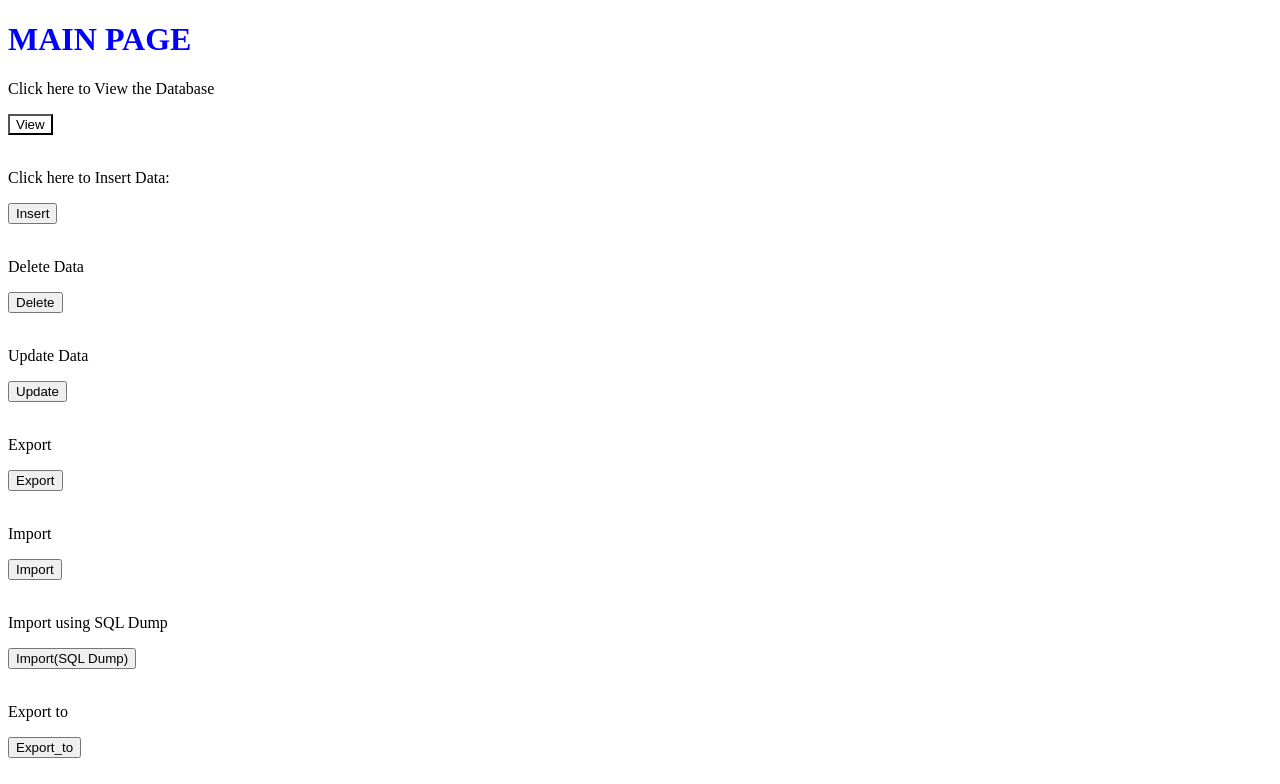
Repository: cyrusdwivedi2002/inventory-management-system
Page: DemoApp/src/main/webapp/Mainpage.html
The author's editor kept a copy of each file at every save. The page is drawn from the files as they stood at one save, then again after the next save.
The browser window is 1280 px wide. The pictures show the whole page.

Above is the page before, as saved 2022-06-24 18:02:08.

### DemoApp/src/main/webapp/Mainpage.html
<!DOCTYPE html>
<html>
<head>
<meta charset="ISO-8859-1">
<title>Inventory management System</title>
</head>
<body>
	<h1 style="color:blue;">MAIN PAGE</h1>
	<p> Click here to View the Database </p>
	<button type="button" form="form1"   onclick="window.location.href = 'view.html';" style = 'background-color:white'>View</button>
	<br/><br/>
	<p> Click here to Insert Data: </p>
	<button type="button" form="form1"   onclick="window.location.href = 'insert.html';">Insert</button>
	<br/><br/>
	<p> Delete Data </p>
	<button type="button" form="form1"   onclick="window.location.href = 'delete.html';">Delete</button>
	<br/><br/>
	<p> Update Data </p>
	<button type="button" form="form1"   onclick="window.location.href = 'update.html';">Update</button>
	<br/><br/>
	<p> Export </p>
	<button type="button" form="form1"   onclick="window.location.href = 'export.html';">Export</button>
	<br/><br/>
	<p> Import </p>
	<button type="button" form="form1"   onclick="window.location.href = 'import.html';">Import</button>
	<br/><br/>
	<p> Import using SQL Dump</p>
	<button type="button" form="form1"   onclick="window.location.href = 'importdump.html';">Import(SQL Dump)</button>
	<br/><br/>
	<p> Export to</p>
	<button type="button" form="form1"   onclick="window.location.href = 'export.html';">Export_to</button>
	<br/><br/>

	</body>
</html>

After the next save:
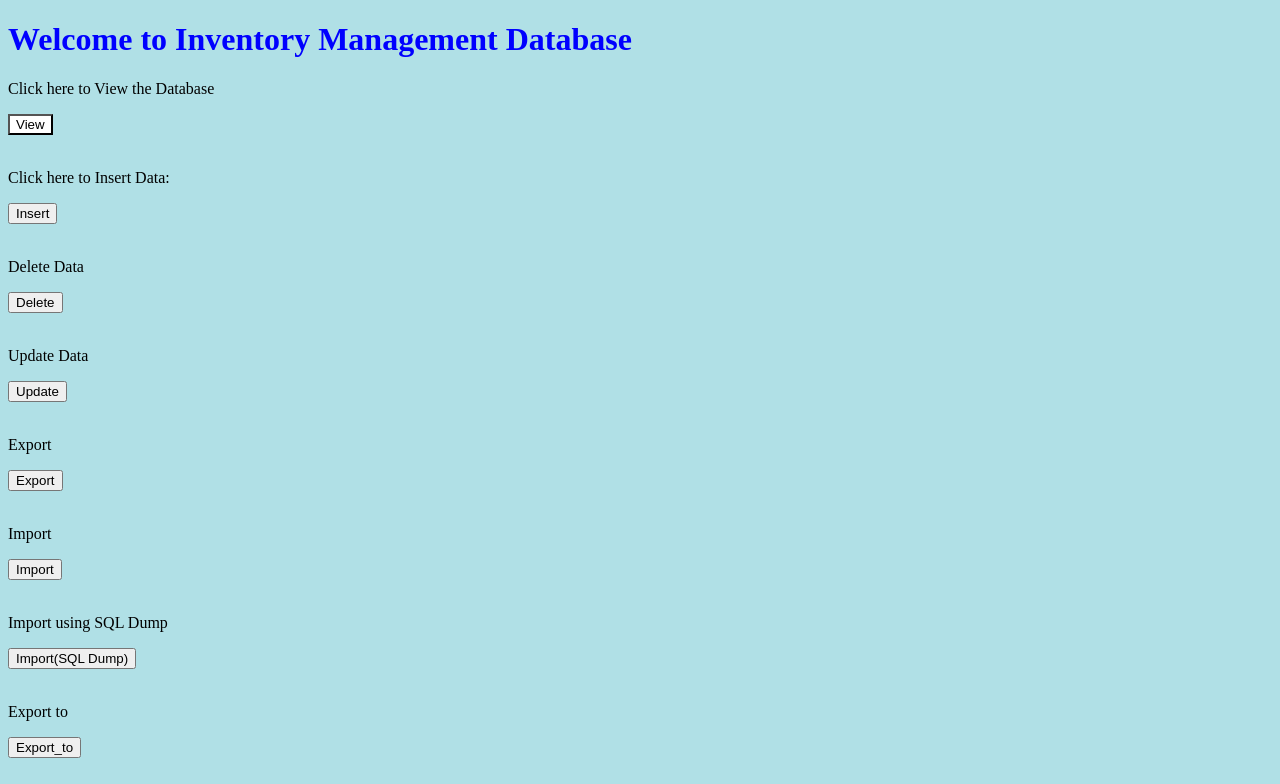
Saved 4 min 44 s later.
--- a/DemoApp/src/main/webapp/Mainpage.html
+++ b/DemoApp/src/main/webapp/Mainpage.html
@@ -2,10 +2,19 @@
 <html>
 <head>
 <meta charset="ISO-8859-1">
+
+<style>
+body {
+background-color: powderblue;
+}
+h1{
+color: blue;
+}
+</style>
 <title>Inventory management System</title>
 </head>
 <body>
-	<h1 style="color:blue;">MAIN PAGE</h1>
+	<h1>Welcome to Inventory Management Database</h1>
 	<p> Click here to View the Database </p>
 	<button type="button" form="form1"   onclick="window.location.href = 'view.html';" style = 'background-color:white'>View</button>
 	<br/><br/>
